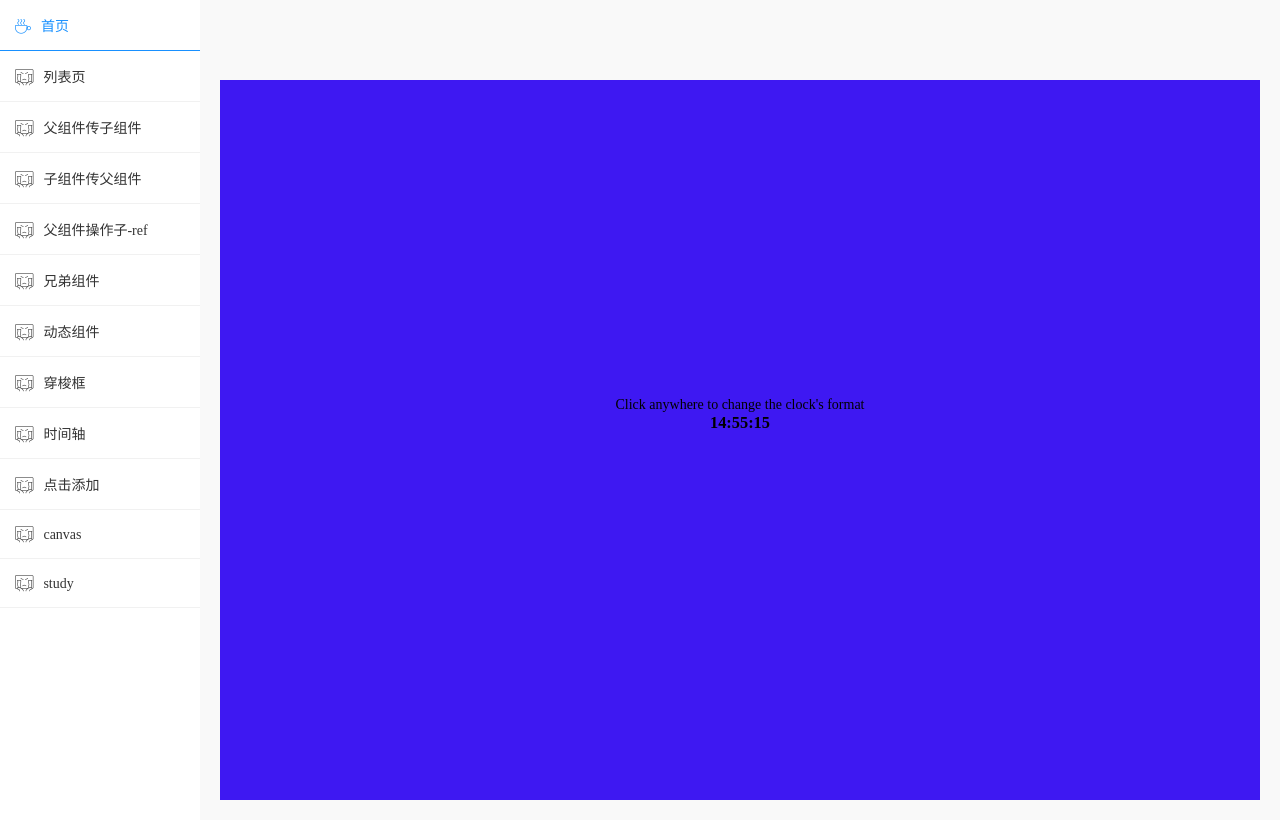
Repository: Serendipity-Zhang/vue-cli4
Page: /home
These files come from the project's save history. The page is drawn as it stood at one moment and after a run of saves; the edit follows.
The browser window is 1280 px wide. The pictures show the whole page.
The project was rebuilt for these pictures with package versions that can differ from the ones it lists, and the page was loaded fresh each time. Also part of the build but not shown: vue.config.js, src/views/Nav.vue, src/router/routes.js, src/layout/components/Nav.vue.

Above is the page before, as saved 2020-05-24 17:04:29.

After the next 5 saves:
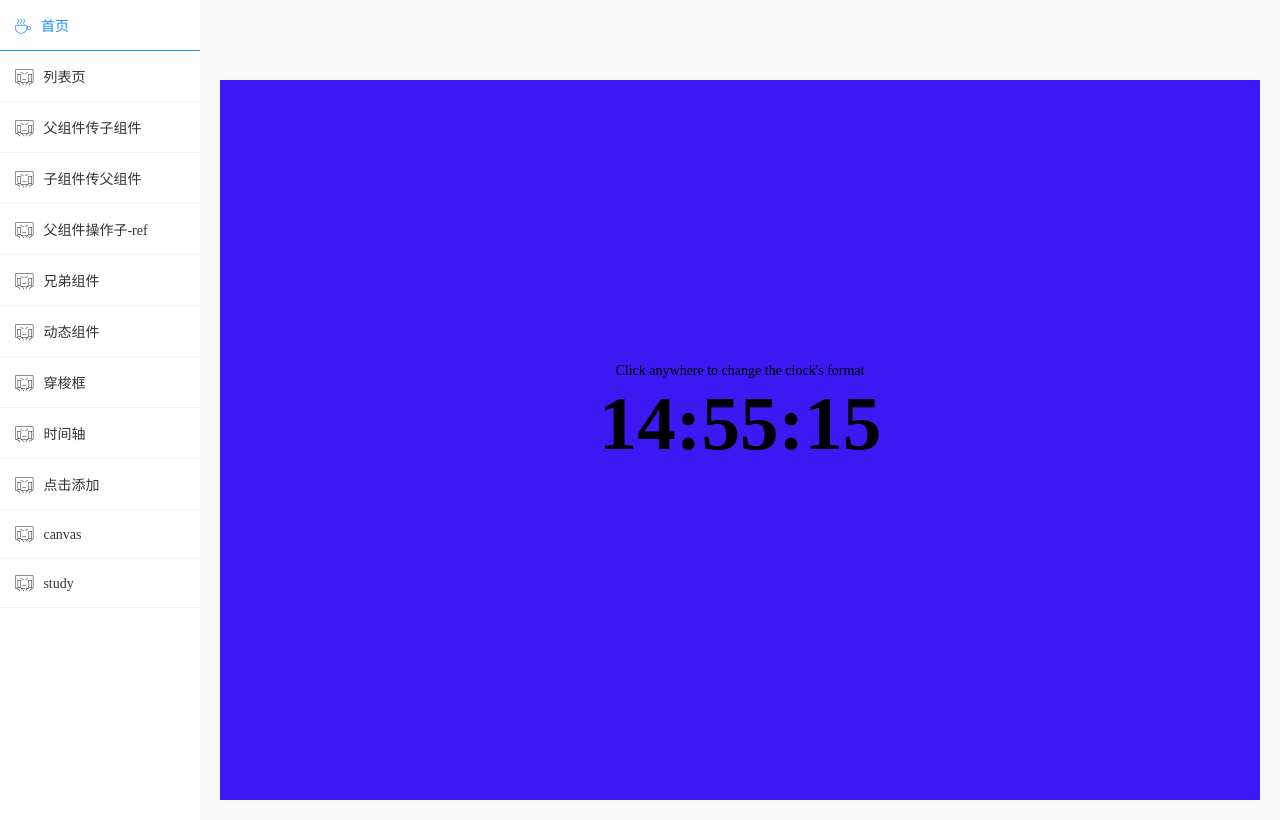
The 5 saves are shown as one change because 1 did not build or start and some came seconds apart.
The last was saved 20 s later.
--- a/src/views/home.vue
+++ b/src/views/home.vue
@@ -117,9 +117,9 @@ export default {
   margin-bottom: 50px;
 }
 h1{
-
-  	font-size: 5.5em
-		margin 0
+  transform: .2s;
+  font-size: 5.5em;
+		margin: 0;
 
 }
 </style>
